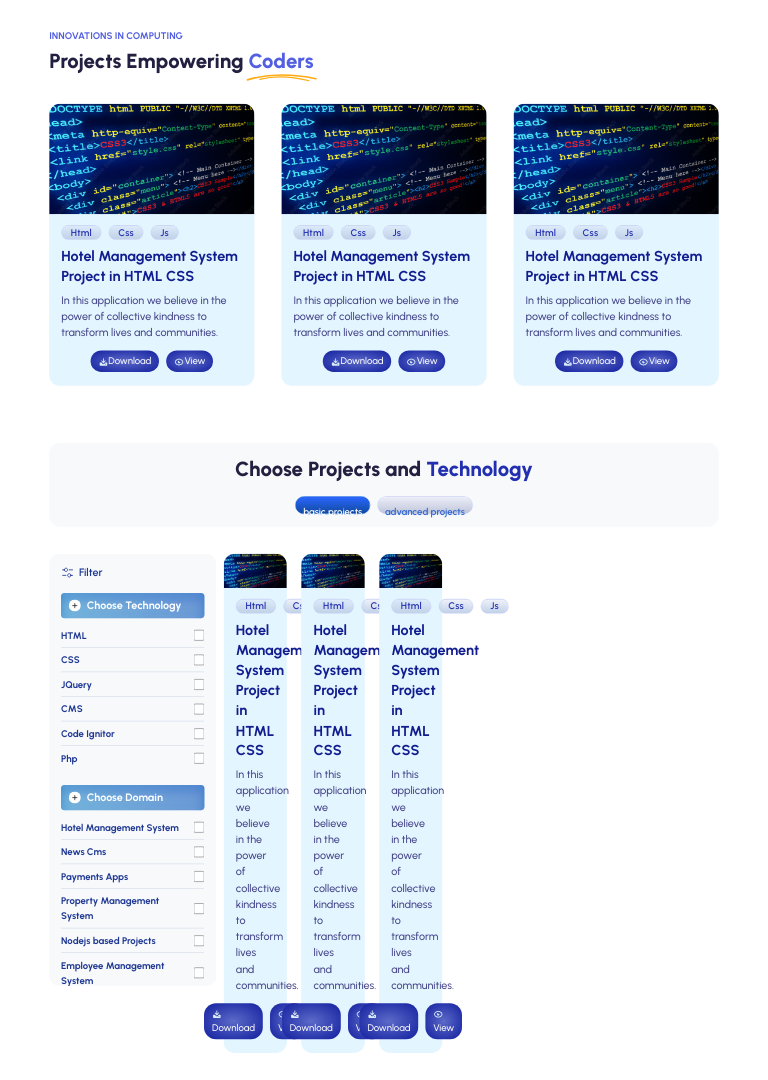
Repository: sharma171/jtccreativeideas
Page: /newsection (app in nextjssite/)
These files come from the project's save history. The page is drawn as it stood at one moment and after the next save; the edit follows.
The browser window is 1280 px wide. The pictures show the whole page, at 60% of full size.
The project was rebuilt for these pictures with package versions that can differ from the ones it lists, and the page was loaded fresh each time. The framework's server and built-in components were replaced by stand-ins that run in the browser. Also part of the build but not shown: nextjssite/next.config.mjs.

Above is the page before, as saved 2024-03-30 18:43:31.

After the next save:
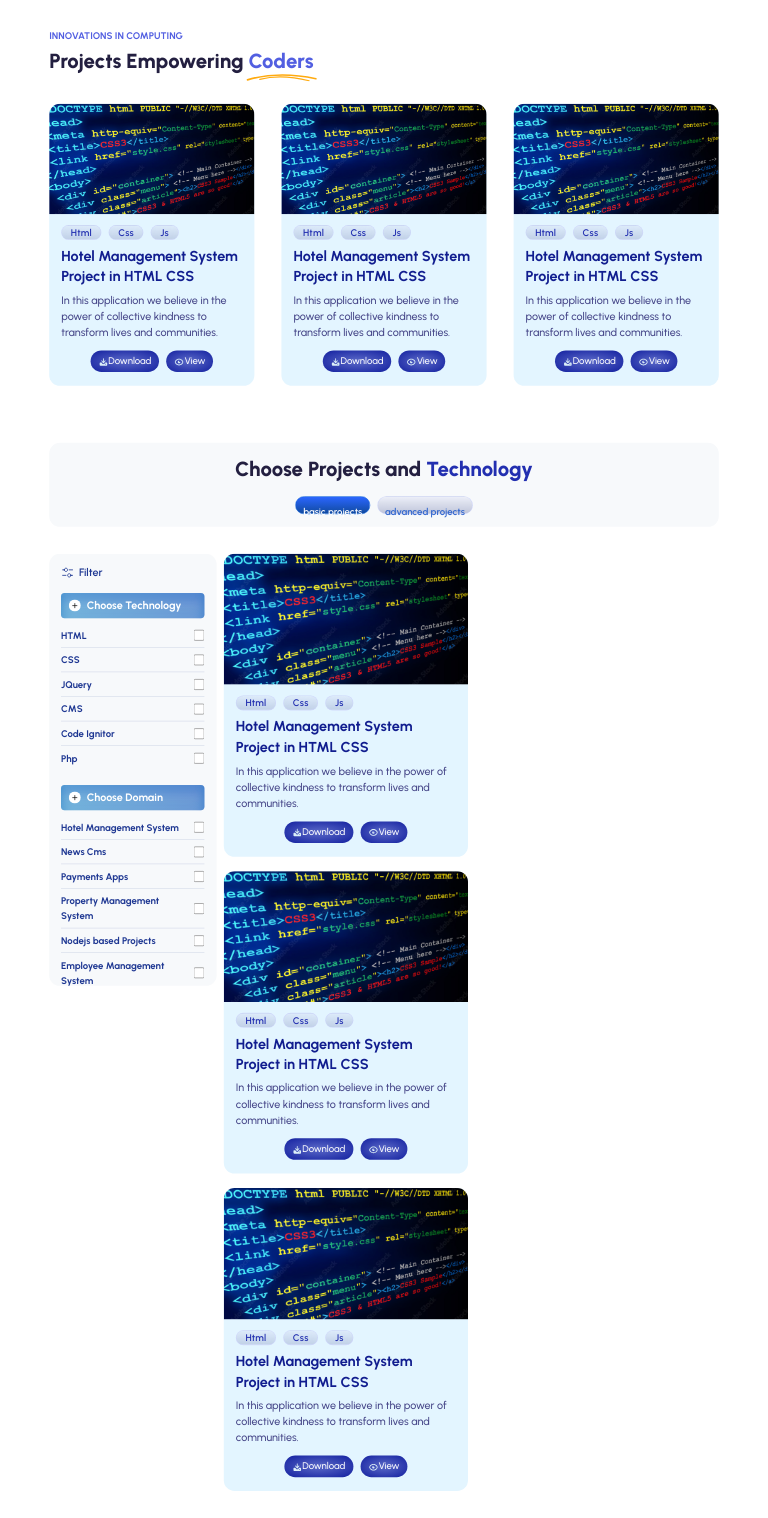
Saved 10 s later.
--- a/nextjssite/src/app/newsection/page.css
+++ b/nextjssite/src/app/newsection/page.css
@@ -397,7 +397,7 @@ section.projects {
     flex-wrap: wrap;
     gap: 24px;
 }
-.ecom-content .project-cards {
+.ecom-content .project-cards li{
     width: 50%;
 }
 .ecom-filter::-webkit-scrollbar{width:.0em;height:.0em; border-radius: 10px}
